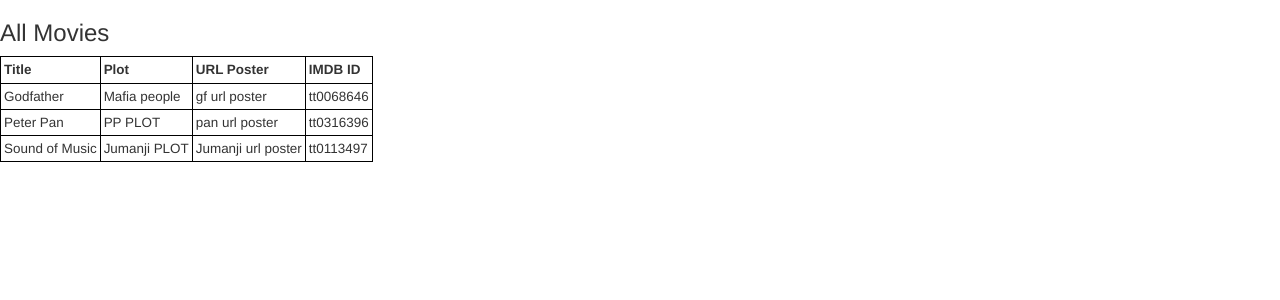
Repository: gitsana/JoseAnnunziato
Page: MyRestfulService/WebContent/movies.html
An editor plug-in stored every save of this project. The page is shown before and after the next save, followed by the edit.
The browser window is 1280 px wide. The pictures show the whole page.
The page's requests for data from a server got no answer.

Above is the page before, as saved 2015-10-02 02:48:25.

After the next save:
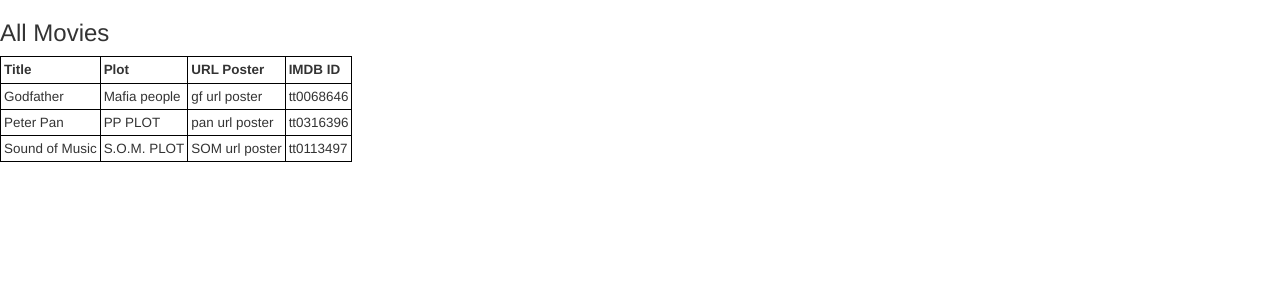
Saved 8 s later.
--- a/MyRestfulService/WebContent/movies.html
+++ b/MyRestfulService/WebContent/movies.html
@@ -32,7 +32,7 @@
 		// hard-coded
 		var movie = [{ title: "Godfather", plot: "Mafia people", urlposter: "gf url poster", imdbid: "tt0068646" },
 		              { title: "Peter Pan", plot: "PP PLOT", urlposter: "pan url poster", imdbid: "tt0316396" },
-		              { title: "Sound of Music", plot: "Jumanji PLOT", urlposter: "Jumanji url poster", imdbid: "tt0113497" } ];
+		              { title: "Sound of Music", plot: "S.O.M. PLOT", urlposter: "SOM url poster", imdbid: "tt0113497" } ];
 
 		// request from API
 
